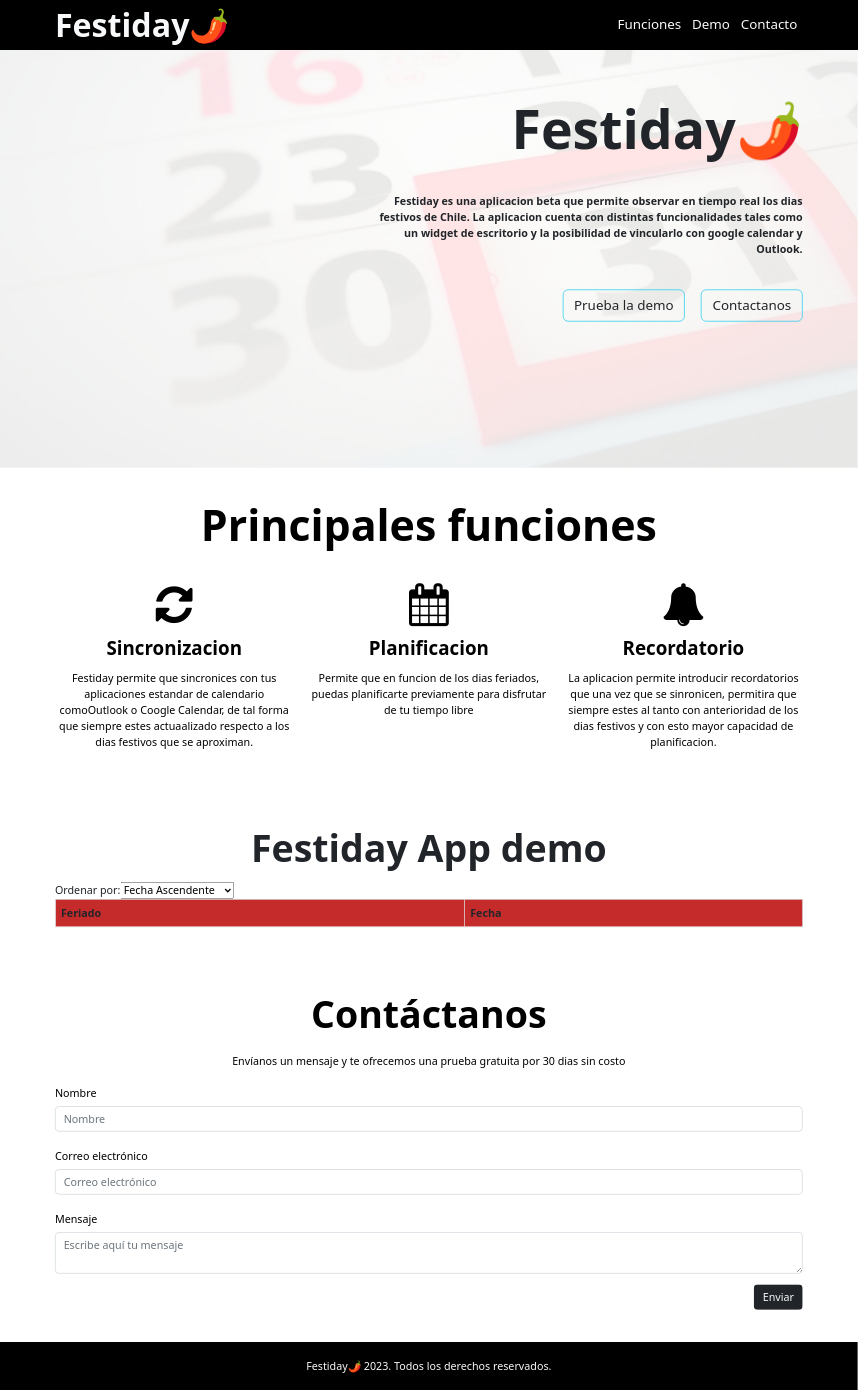
Repository: cvalenciapatagonia/Desafio-4-React-I
Page: /
An editor plug-in stored every save of this project. The page is shown before and after the next save, followed by the edit.
The browser window is 1280 px wide. The pictures show the whole page, at 67% of full size.
The page's requests for data from a server got no answer. The project was rebuilt for these pictures with package versions that can differ from the ones it lists, and the page was loaded fresh each time. No one was signed in, and anything a server would have sent is missing. Also part of the build but not shown: vite.config.js, src/App.css.

Above is the page before, as saved 2023-09-08 16:02:30.

### index.html
<!doctype html>
<html lang="en">
  <head>
    <meta charset="UTF-8" />
    <link rel="icon" type="image/svg+xml" href="/vite.svg" />
    <meta name="viewport" content="width=device-width, initial-scale=1.0" />
    <title>Desafio 4 React I</title>
  </head>
  <body>
    <div id="root">


    </div>
    <script type="module" src="/src/main.jsx"></script>
  </body>
</html>

### src/main.jsx

import React from 'react'
import ReactDOM from 'react-dom/client'
import App from './App.jsx'

import './index.css'


ReactDOM.createRoot(document.getElementById('root')).render(
  <React.StrictMode>
    <App />
  </React.StrictMode>,
)

### src/App.jsx
import React, { useState } from "react";
import "bootstrap-icons/font/bootstrap-icons.css";
import "font-awesome/css/font-awesome.css";
import "./App.css";
import "bootstrap/dist/css/bootstrap.min.css";
import MiApi from "./components/MiApi";
import Buscador from "./components/Buscador";

function App() {
  const [sortOption, setSortOption] = useState("asc"); // Estado para almacenar la opción de ordenamiento

  return (
    <div className="App">
      <header>
        {/* BARRA DE NAVEGACION */}
        <nav className="navbar navbar-expand-lg navbar-dark fixed-top navbar-custom">
          <div className="container">
            <p className="display-5 fw-bold text-light logo-img">
              Festiday🌶️ {/* El signo agregado significa "cursando" */}
            </p>{" "}
            <button
              className="navbar-toggler"
              type="button"
              data-bs-toggle="collapse"
              data-bs-target="#navbarTogglerDemo01"
              aria-controls="navbarTogglerDemo01"
              aria-expanded="false"
              aria-label="Toggle navigation"
            >
              <span className="navbar-toggler-icon"></span>
            </button>
            <div className="collapse navbar-collapse" id="navbarTogglerDemo01">
              <a className="navbar-brand" href="#"></a>
              <ul className="navbar-nav ms-auto mb-2 mb-lg-0 fs-5">
                <li className="nav-item">
                  <a
                    className="nav-link active text-light"
                    aria-current="page"
                    href="#Acerca-de-mi"
                  >
                    Funciones
                  </a>
                </li>
                <li className="nav-item">
                  <a
                    className="nav-link active text-light"
                    href="#Mis-proyectos"
                  >
                    Demo
                  </a>
                </li>
                <li className="nav-item">
                  <a className="nav-link active text-light" href="#Contacto">
                    Contacto
                  </a>
                </li>
              </ul>
            </div>
          </div>
        </nav>
        {/* Fin de la barra de navegación */}
      </header>

      <section id="Hero-Section" className="text-dark text-end py-5 mt-5">
        <div className="container">
          <div className="ms-auto col-12 col-md-7">
            <h1 className="display-1 fw-bold my-5">
              Festiday🌶️ {/* El signo agregado significa "cursando" */}
            </h1>
            <p className="my-5 fw-bold">
              Festiday es una aplicacion beta que permite observar en tiempo
              real los dias festivos de Chile. La aplicacion cuenta con
              distintas funcionalidades tales como un widget de escritorio y la
              posibilidad de vincularlo con google calendar y Outlook.
            </p>
            <div className="mb-5 pb-5">
              <a
                className="btn btn-lg btn-outline-info text-dark me-4"
                href="#Mis-proyectos"
              >
                Prueba la demo
              </a>
              <a
                className="btn btn-lg btn-outline-info text-dark"
                href="#Contacto"
              >
                Contactanos
              </a>
            </div>
          </div>
        </div>
      </section>

      {/* ACERCA DE MI */}
      <section id="Acerca-de-mi" className="container text-center my-5">
        <h2 className="display-3 fw-bold my-4 mb-5">Principales funciones</h2>

        <div className="row">
          <div className="col-12 col-md-4">
            <i className="fa fa-refresh fa-4x"></i>
            <h3 className="my-3 fw-bold">Sincronizacion</h3>
            <p className="my-3">
              Festiday permite que sincronices con tus aplicaciones estandar de
              calendario comoOutlook o Coogle Calendar, de tal forma que siempre
              estes actuaalizado respecto a los dias festivos que se aproximan.
            </p>
          </div>
          <div className="col-12 col-md-4">
            <i className="fa fa-calendar fa-4x"></i>
            <h3 className="my-3 fw-bold">Planificacion</h3>
            <p className="my-3">
              Permite que en funcion de los dias feriados, puedas planificarte
              previamente para disfrutar de tu tiempo libre
            </p>
          </div>
          <div className="col-12 col-md-4">
            <i className="fa fa-bell fa-4x"></i>
            <h3 className="my-3 fw-bold">Recordatorio</h3>
            <p className="my-3">
              La aplicacion permite introducir recordatorios que una vez que se
              sinronicen, permitira que siempre estes al tanto con anterioridad
              de los dias festivos y con esto mayor capacidad de planificacion.
            </p>
          </div>
        </div>
      </section>
      {/* Fin de ACERCA DE MI */}

      {/* MIS PROYECTOS */}
      <section id="Mis-proyectos" className="my-5 p-5">
        <div className="container">
          <h2 className="display-4 fw-bold text-center text-dark mb-3">
            Festiday App demo
          </h2>
          <Buscador onSortChange={setSortOption} />
          <MiApi
            apiURL="https://api.victorsanmartin.com/feriados/en.json"
            sortOption={sortOption}
          />

          <div className="row"></div>
        </div>
      </section>
      {/* Fin de MIS PROYECTOS */}

      {/* CONTACTAME */}
      <section id="Contacto" className="container my-5">
        <h2 className="display-4 fw-bold text-center my-4">Contáctanos</h2>

        <p className="text-center my-4 d-none d-md-block">
          Envíanos un mensaje y te ofrecemos una prueba gratuita por 30 dias sin
          costo
        </p>

        <form>
          <div className="form-group mb-4">
            <label className="mb-2">Nombre</label>
            <input className="form-control" placeholder="Nombre" />
          </div>

          <div className="form-group mb-4">
            <label className="mb-2">Correo electrónico</label>
            <input className="form-control" placeholder="Correo electrónico" />
          </div>

          <div className="form-group">
            <label className="mb-2">Mensaje</label>
            <textarea
              className="form-control"
              placeholder="Escribe aquí tu mensaje"
            ></textarea>
          </div>

          <div className="my-3 text-end">
            <button className="btn bg-dark text-light">Enviar</button>
          </div>
        </form>
      </section>
      {/* Fin de CONTACTAME */}

      {/* FOOTER */}
      <footer className="text-center text-light p-4">
        <p className="mb-0">
          Festiday🌶️ 2023. Todos los derechos reservados.
        </p>
      </footer>
      {/* Fin de FOOTER */}
    </div>
  );
}

export default App;

{
  /* <h1>Feriados en Chile</h1> */
}
{
  /* Pasa el estado y la función de cambio de ordenamiento al componente Buscador */
}

### src/index.css
h1 {
  font-size: 3.2em;
  line-height: 1.1;
}

table {
  width: 100%;
  border-collapse: collapse;
}

table th,
table td {
  text-align: start;
  padding: 8px;
  border: 1px solid #ddd;
}

table th {
  background-color: rgb(198, 43, 43);
  font-weight: bold;
}

.navbar-custom {
  background-color: rgb(0, 0, 0);
}

.logo-img {
  margin: 0;
  padding: 0;
}

@media (max-width: 576px) {
  .img-logo {
    height: 150px;
    width: 250px;
  }
}

#Hero-Section {
  background-repeat: no-repeat;
  background-size: cover;
  background-position: left;
  height: 650px;
  background-image: url(./assets/img/bg1.jpg);
}


#Acerca-de-mi {
  color: black;
}

#Contacto {
  color: black;
}

footer {
  background-color: black;
}

.button-custom {
  background-color: black;
}

.subtitulo2 {
  display: inline;
  font-size: 2em;
}

@media only screen and (max-width: 576px) {
  .subtitulo2 {
    font-size: 1.2rem;
    line-height: 1.2;
  }
}

### src/components/MiApi.jsx
import React, { useEffect, useState } from 'react';
import moment from 'moment';

function MiApi({ apiURL, sortOption }) {
  const [holidays, setHolidays] = useState([]);
  const [sortedHolidays, setSortedHolidays] = useState([]);

  useEffect(() => {
    fetch(apiURL)
      .then((response) => response.json())
      .then((data) => {
        if (data.status === 'success') {
          setHolidays(data.data);
        }
      })
      .catch((error) => {
        console.error('Error al obtener datos de la API de feriados de Chile:', error);
      });
  }, [apiURL]);

  useEffect(() => {
    const sortHolidays = () => {
      const sorted = [...holidays];
      if (sortOption === 'asc') {
        sorted.sort((a, b) => moment(a.date).diff(moment(b.date)));
      } else if (sortOption === 'desc') {
        sorted.sort((a, b) => moment(b.date).diff(moment(a.date)));
      } else if (sortOption === 'month') {
        sorted.sort((a, b) => moment(a.date).month() - moment(b.date).month());
      }
      setSortedHolidays(sorted);
    };

    sortHolidays();
  }, [sortOption, holidays]);

  return (
    <div className="MiApi">
      <table>
        <thead>
          <tr>
            <th>Feriado</th>
            <th>Fecha</th>
          </tr>
        </thead>
        <tbody>
          {sortedHolidays.map((holiday) => (
            <tr key={holiday.date}>
              <td>{holiday.title}</td>
              <td>{holiday.date}</td>
            </tr>
          ))}
        </tbody>
      </table>
    </div>
  );
}

export default MiApi;

### src/components/Buscador.jsx
import React, { useState } from 'react';

function Buscador({ onSortChange }) {
  const [sortOption, setSortOption] = useState('asc'); // Opción de ordenamiento predeterminada

  const handleSortChange = (e) => {
    const selectedOption = e.target.value;
    setSortOption(selectedOption);
    onSortChange(selectedOption);
  };

  return (
    <div className="Buscador">
      <label htmlFor="sortSelect">Ordenar por:</label>
      <select id="sortSelect" value={sortOption} onChange={handleSortChange}>
        <option value="asc">Fecha Ascendente</option>
        <option value="desc">Fecha Descendente</option>
        <option value="month">Por Mes</option>
      </select>
    </div>
  );
}

export default Buscador;

After the next save:
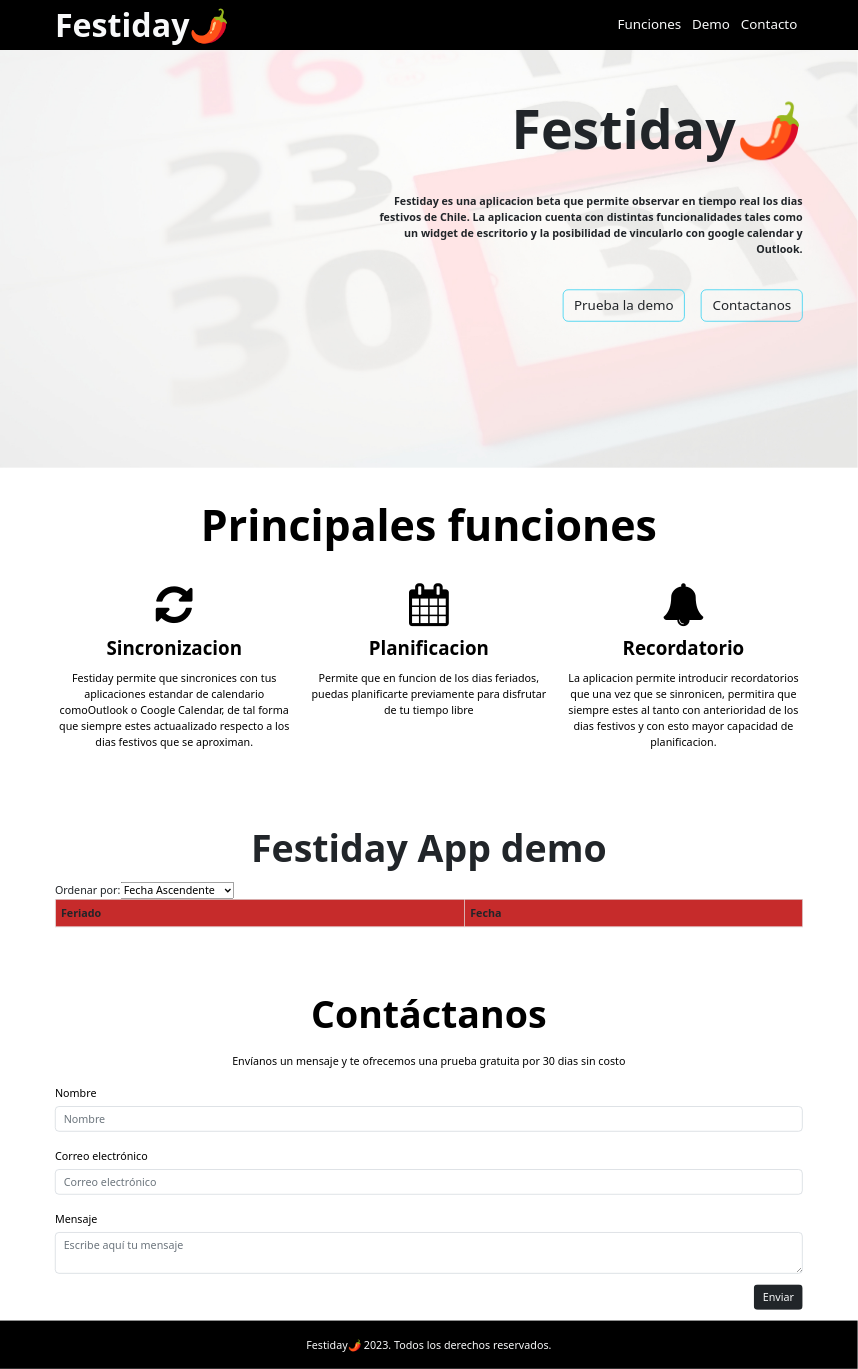
Saved 2 min 4 s later.
--- a/src/App.jsx
+++ b/src/App.jsx
@@ -144,7 +144,7 @@
       {/* Fin de MIS PROYECTOS */}
 
       {/* CONTACTAME */}
-      <section id="Contacto" className="container my-5">
+      <section id="Contacto" className="container ">
         <h2 className="display-4 fw-bold text-center my-4">Contáctanos</h2>
 
         <p className="text-center my-4 d-none d-md-block">

After the save that followed:
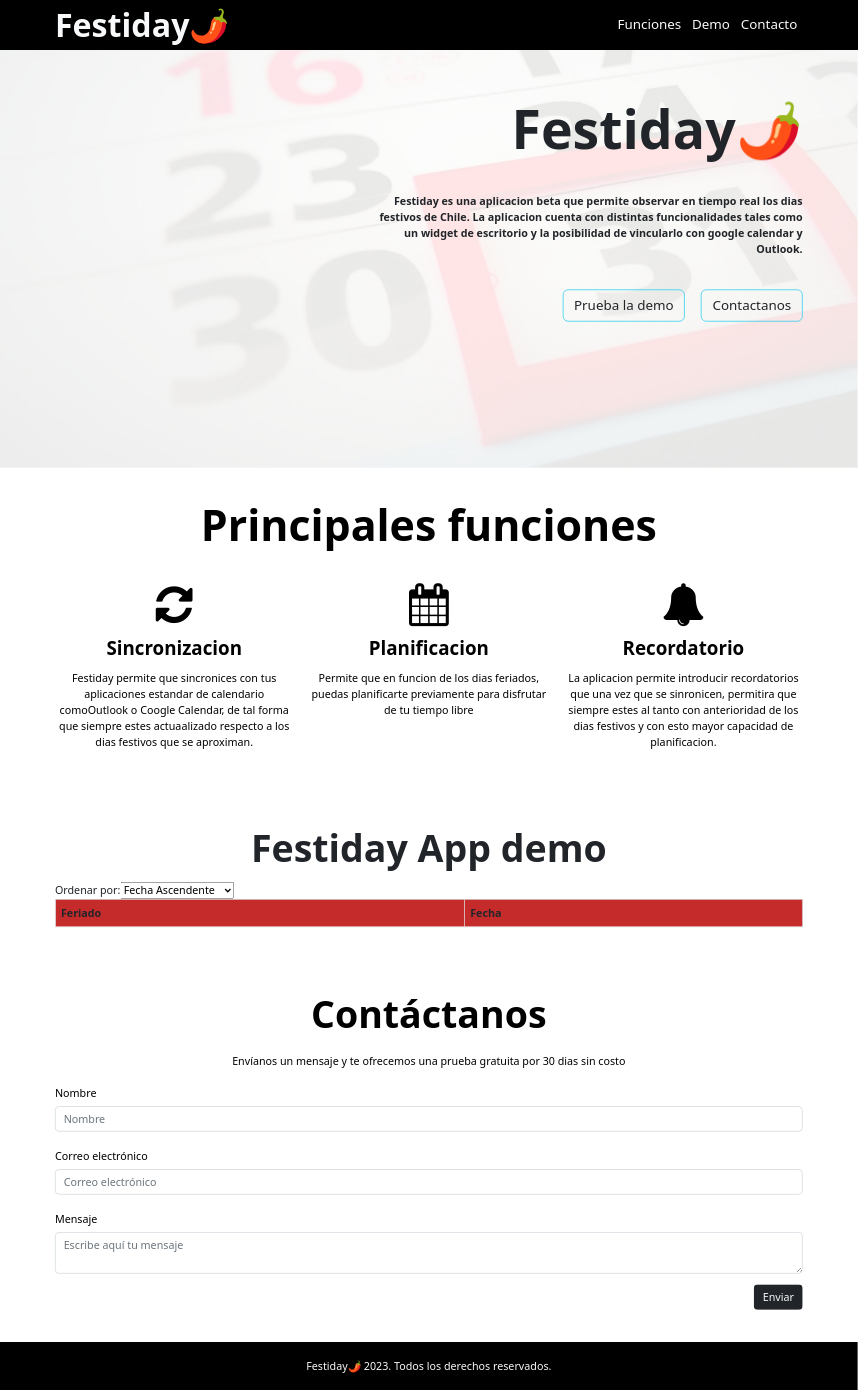
Saved 19 s later.
--- a/src/App.jsx
+++ b/src/App.jsx
@@ -144,7 +144,7 @@
       {/* Fin de MIS PROYECTOS */}
 
       {/* CONTACTAME */}
-      <section id="Contacto" className="container ">
+      <section id="Contacto" className="container my-5">
         <h2 className="display-4 fw-bold text-center my-4">Contáctanos</h2>
 
         <p className="text-center my-4 d-none d-md-block">
